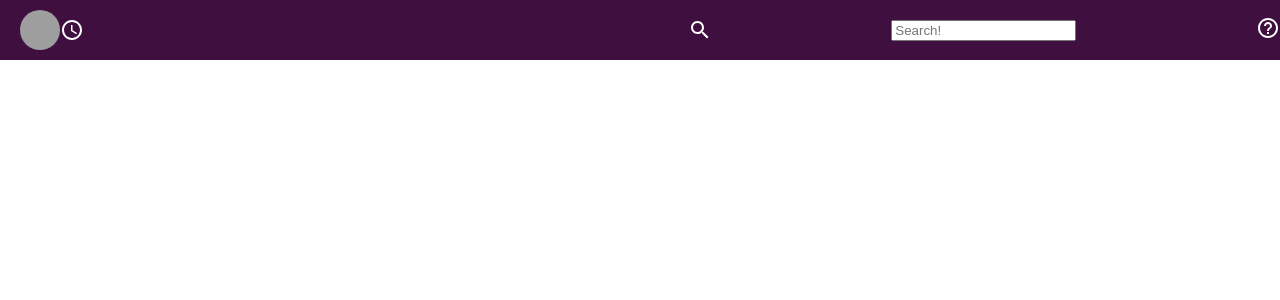
Repository: mminhaz93/React-Slack-Clone
Page: /
An editor plug-in stored every save of this project. The page is shown before and after the next save, followed by the edit.
The browser window is 1280 px wide. The pictures show the whole page.
Pictures or frames that could not be fetched are drawn as grey boxes. The project was rebuilt for these pictures with package versions that can differ from the ones it lists, and the page was loaded fresh each time.

Above is the page before, as saved 2020-08-13 20:06:46.

After the next save:
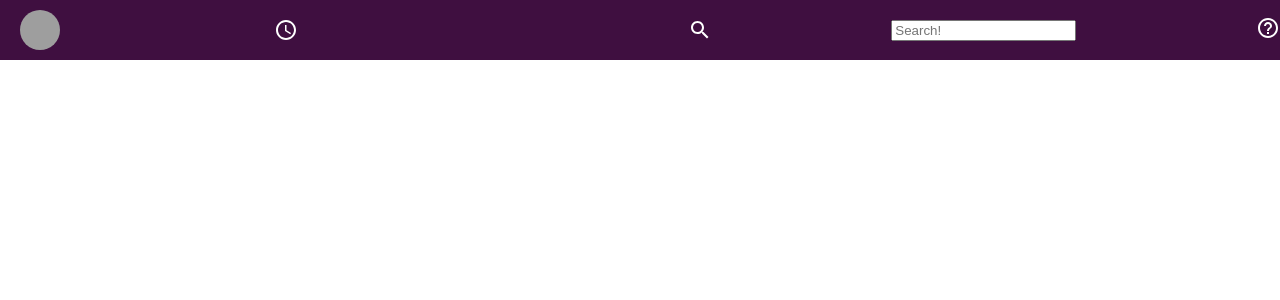
Saved 2 min 57 s later.
--- a/src/Header.css
+++ b/src/Header.css
@@ -13,3 +13,8 @@
   align-items: center;
   margin-left: 20px;
 }
+
+.headerLeft > .MuiSvgIcon-root {
+  margin-left: auto;
+  margin-right: 30px;
+}
